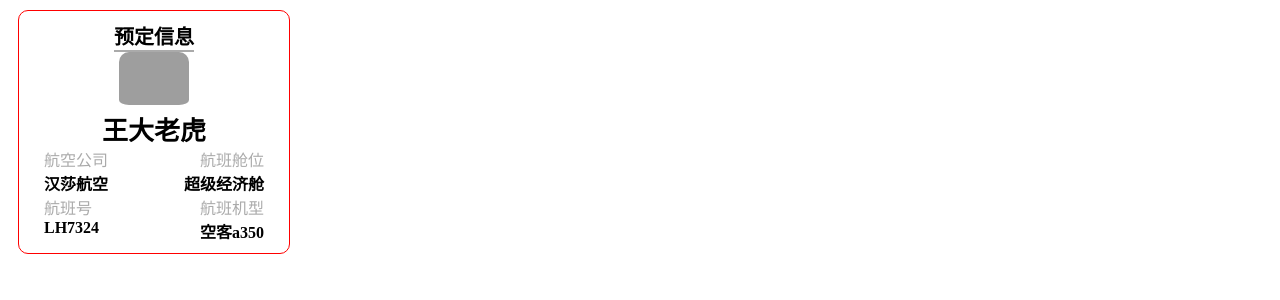
Repository: xzm1997/react-learning
Page: /
The author's editor kept a copy of each file at every save. The page is drawn from the files as they stood at one save, then again after the next save.
The browser window is 1280 px wide. The pictures show the whole page.
Pictures or frames that could not be fetched are drawn as grey boxes. The project was rebuilt for these pictures with package versions that can differ from the ones it lists, and the page was loaded fresh each time.

Above is the page before, as saved 2023-01-31 11:02:05.

After the next save:
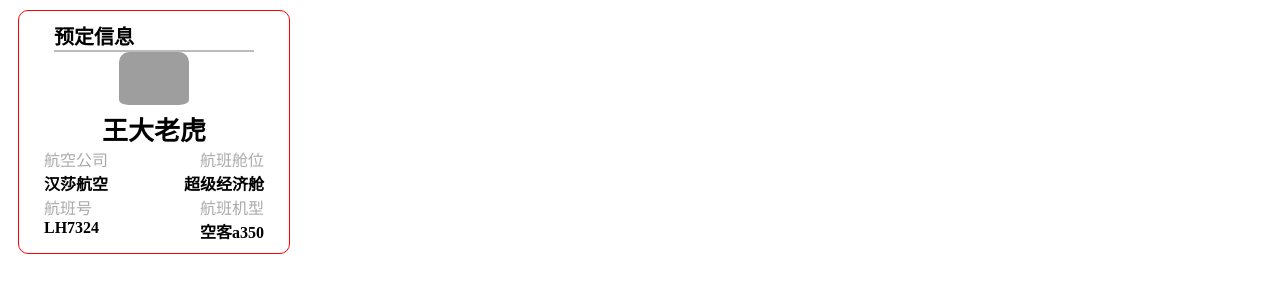
Saved 33 s later.
--- a/src/index.css
+++ b/src/index.css
@@ -33,7 +33,8 @@
 .totalTitle {
   font-size: 20px;
   font-weight: 700;
-  border-bottom: solid 2px #aaa;
+  width: 200px;
+  border-bottom: solid 2px #bbb;
 }
 
 .bookContent {
